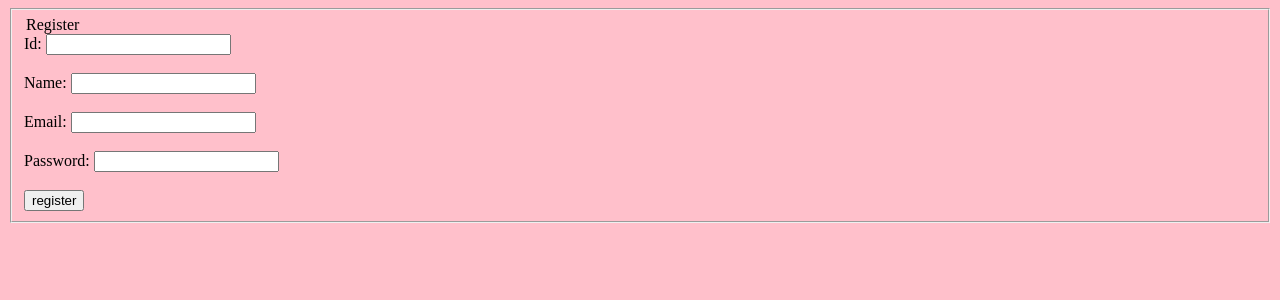
Repository: pawankumarsharm/UST_JDBC_SERVLET
Page: jdbc/empwebapp/WebContent/register.html
The author's editor kept a copy of each file at every save. The page is drawn from the files as they stood at one save, then again after the next save.
The browser window is 1280 px wide. The pictures show the whole page.

Above is the page before, as saved 2019-11-16 08:03:08.

### jdbc/empwebapp/WebContent/register.html
<!DOCTYPE html>
<html>
<head>
<meta charset="ISO-8859-1">
<title>Insert title here</title>
</head>
<body bgcolor="pink">

<fieldset>
<form action="./register" method="post">
<legend>Register</legend>





		Id: <input name="id" type="text"><br><br>
		Name: <input name="name" type="text"><br><br>
		Email: <input name="email" type="email"><br><br>
		Password: <input type="password" name="password"><br><br>
		<input type="submit" value ="register"><br>

	</form>
</fieldset>
</body>
</html>

After the next save:
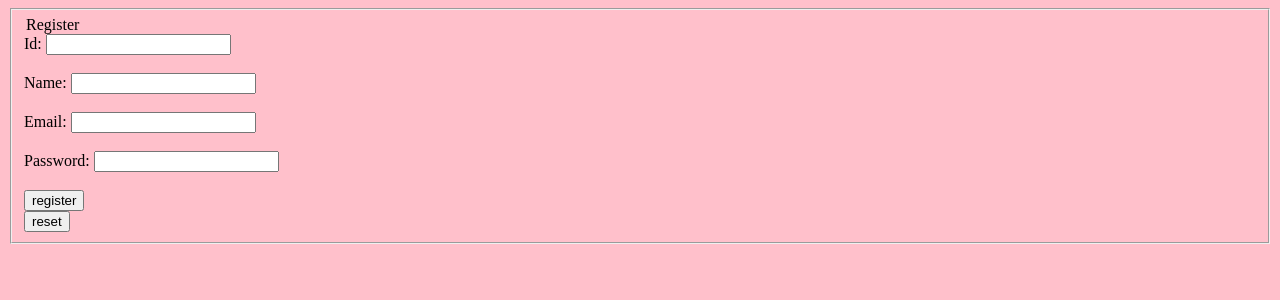
Saved 119 s later.
--- a/jdbc/empwebapp/WebContent/register.html
+++ b/jdbc/empwebapp/WebContent/register.html
@@ -18,8 +18,8 @@
 		Name: <input name="name" type="text"><br><br>
 		Email: <input name="email" type="email"><br><br>
 		Password: <input type="password" name="password"><br><br>
-		<input type="submit" value ="register"><br>
-
+		<input type="submit" value ="register" name="submit"><br>
+		<input type="reset" value ="reset" name="reset"><br>
 	</form>
 </fieldset>
 </body>
